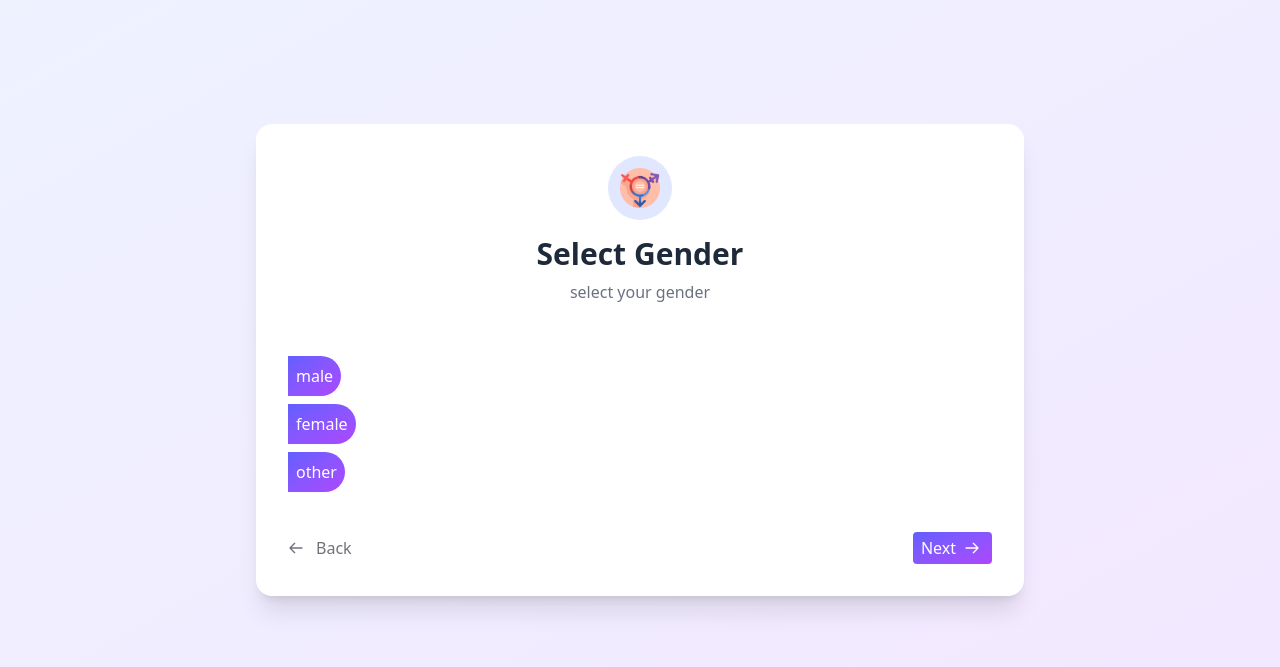
Repository: aryan151pratap/FitPanda
Page: / (app in frontened/), after clicking the first element matching `button.px-2`
These files come from the project's save history. The page is drawn as it stood at one moment and after the next save; the edit follows.
The browser window is 1280 px wide. The pictures show the whole page.
The project was rebuilt for these pictures with package versions that can differ from the ones it lists, and the page was loaded fresh each time. Also part of the build but not shown: frontened/vite.config.js, frontened/src/App.css, frontened/src/components/page_1.jsx, frontened/src/login/login.jsx, frontened/src/login/sign_up.jsx, frontened/src/login/otp.jsx, frontened/src/notification/notify.jsx.

Above is the page before, as saved 2025-06-04 23:13:42.

### frontened/src/App.jsx
import { useState } from 'react'
import './App.css'
import Page_1 from './components/page_1';
import Sign_up from './login/sign_up';
import Otp from './login/otp';
import Notify from './notification/notify';
import Gender from './about_user/gender';

function App() {
	const [otp, setOtp] = useState(true);

  const [data, setData] = useState({});
  const [login, setLogin] = useState(true);

  const [notification, setNotification] = useState('');


  return (
    <>
    <div className=''>
      {!login ?
        <div>
        {otp ?
        <Sign_up setOtp={setOtp} setEmail={setData} setNotification={setNotification}/>
        :
        <Otp setOtp={setOtp} data={data} setNotification={setNotification}/>
        }
        </div>
        :
        <div>
          {/* <Page_1/> */}
          <Gender/>
        </div>
      }

      <div>
        {notification.length > 0 &&
          <Notify notification={notification} setNotification={setNotification}/>
        }
      </div>
    </div>
    </>
  )
}

export default App

### frontened/src/about_user/gender.jsx
import { useState } from "react";
import gender_img from '../image/gender.png';

function Gender(){
	const [gender, setGender] = useState('');
	const gen = ['male', 'female', 'other'];

	return(
		<>
		<div className="min-h-screen bg-gradient-to-br from-indigo-50 to-purple-100 flex items-center justify-center p-4">
			<div className="w-full sm:max-w-xl md:max-w-3xl">
				<div className="bg-white rounded-2xl shadow-xl overflow-hidden p-8">
					<div className="text-center mb-8">
						<div className="mx-auto flex items-center justify-center w-16 h-16 bg-indigo-100 rounded-full mb-4">
						{gender === "male" ?
							<svg xmlns="http://www.w3.org/2000/svg" className="h-8 w-8 text-blue-600" fill="none" viewBox="0 0 24 24" stroke="currentColor">
								<path strokeLinecap="round" strokeLinejoin="round" strokeWidth={2} d="M13 7h4a1 1 0 011 1v4m-7 7a5 5 0 100-10 5 5 0 000 10zm6-10l-5 5" />
							</svg>
							: gender === 'female' ?
							<svg xmlns="http://www.w3.org/2000/svg" className="h-8 w-8 text-pink-600" fill="none" viewBox="0 0 24 24" stroke="currentColor">
								<path strokeLinecap="round" strokeLinejoin="round" strokeWidth={2} d="M12 14v7m0 0h3m-3 0H9m3-7a5 5 0 100-10 5 5 0 000 10z" />
							</svg>
							: gender === 'other' ?
							<svg xmlns="http://www.w3.org/2000/svg" className="h-8 w-8 text-purple-600" fill="none" viewBox="0 0 24 24" stroke="currentColor">
								<path strokeLinecap="round" strokeLinejoin="round" strokeWidth={2} d="M12 3v3m0 0a5 5 0 110 10m0-10a5 5 0 100 10m0 0v4m-3 0h6" />
							</svg>
							:
							<div>
								<img src={gender_img} alt="" className="h-10 w-10"/>
							</div>
						}
						</div>
						<h2 className="text-3xl font-bold text-gray-800">Select Gender</h2>
						<p className="text-gray-500 mt-2">
							select your gender
							<span className="block font-medium text-indigo-600"></span>
						</p>
					</div>

					<div className="flex flex-col justify-between">
						<div className="flex flex-col gap-2 mt-5">
						{gen.map((i, index) => (
							<div key={index}>
								<button className="text-white rounded-l-sm rounded-r-full p-2 bg-gradient-to-br from-indigo-500 to-purple-500 cursor-pointer transition hover:px-4">
									{i}
								</button>
							</div>
						))}
						</div>
					</div>

					<div className="mt-10 flex justify-between">
						<button className="text-zinc-500 flex items-center gap-2 hover:text-zinc-700 cursor-pointer">
							<svg xmlns="http://www.w3.org/2000/svg" className="h-4 w-4 mr-1" fill="none" viewBox="0 0 24 24" stroke="currentColor">
							<path strokeLinecap="round" strokeLinejoin="round" strokeWidth={2} d="M10 19l-7-7m0 0l7-7m-7 7h18" />
							</svg>
							<span className="">Back</span>
						</button>
						<button className="text-white px-2 py-1 rounded-sm bg-gradient-to-br from-indigo-500 to-purple-500 flex gap-2 items-center">
							<span>Next</span>
							<svg xmlns="http://www.w3.org/2000/svg" className="h-4 w-4 mr-1" fill="none" viewBox="0 0 24 24" stroke="currentColor">
								<path strokeLinecap="round" strokeLinejoin="round" strokeWidth={2} d="M14 5l7 7m0 0l-7 7m7-7H3" />
							</svg>
						</button>
					</div>
				</div>
			</div>
		</div>

		</>
	)
}

export default Gender;

Loaded but not shown: frontened/index.html (common file); frontened/src/main.jsx (common file)

After the next save:
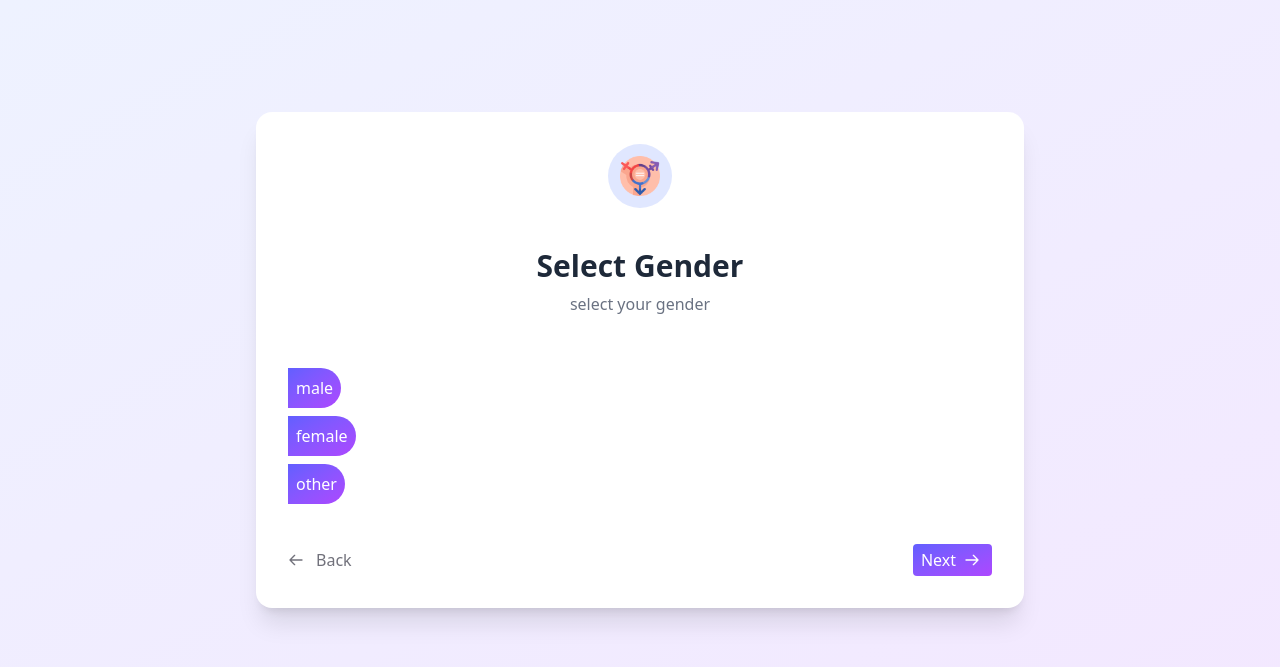
Saved 17 s later.
--- a/frontened/src/about_user/gender.jsx
+++ b/frontened/src/about_user/gender.jsx
@@ -11,7 +11,7 @@ function Gender(){
 			<div className="w-full sm:max-w-xl md:max-w-3xl">
 				<div className="bg-white rounded-2xl shadow-xl overflow-hidden p-8">
 					<div className="text-center mb-8">
-						<div className="mx-auto flex items-center justify-center w-16 h-16 bg-indigo-100 rounded-full mb-4">
+						<div className="mx-auto flex items-center justify-center w-16 h-16 bg-indigo-100 rounded-full mb-10">
 						{gender === "male" ?
 							<svg xmlns="http://www.w3.org/2000/svg" className="h-8 w-8 text-blue-600" fill="none" viewBox="0 0 24 24" stroke="currentColor">
 								<path strokeLinecap="round" strokeLinejoin="round" strokeWidth={2} d="M13 7h4a1 1 0 011 1v4m-7 7a5 5 0 100-10 5 5 0 000 10zm6-10l-5 5" />
